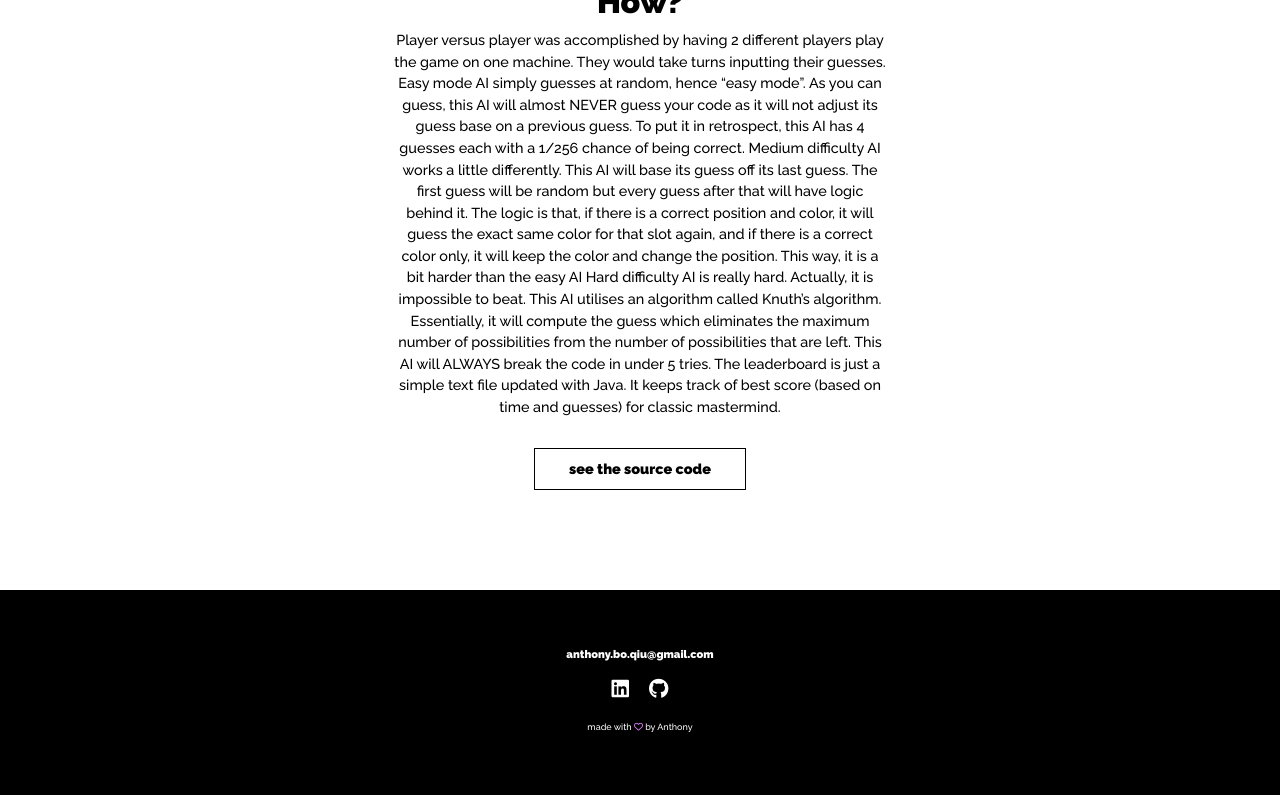
Repository: 7UM1N/anthonyq.github.io
Page: codebreaker.html
These files come from the project's save history. The page is drawn as it stood at one moment and after the next save; the edit follows.
The browser window is 1280 px wide. The pictures show the part of the page from y = 1053 to 2005 px (the page is 1848 px tall before and 2005 px after).

Above is the page before, as saved 2023-01-10 19:17:56.

After the next save:
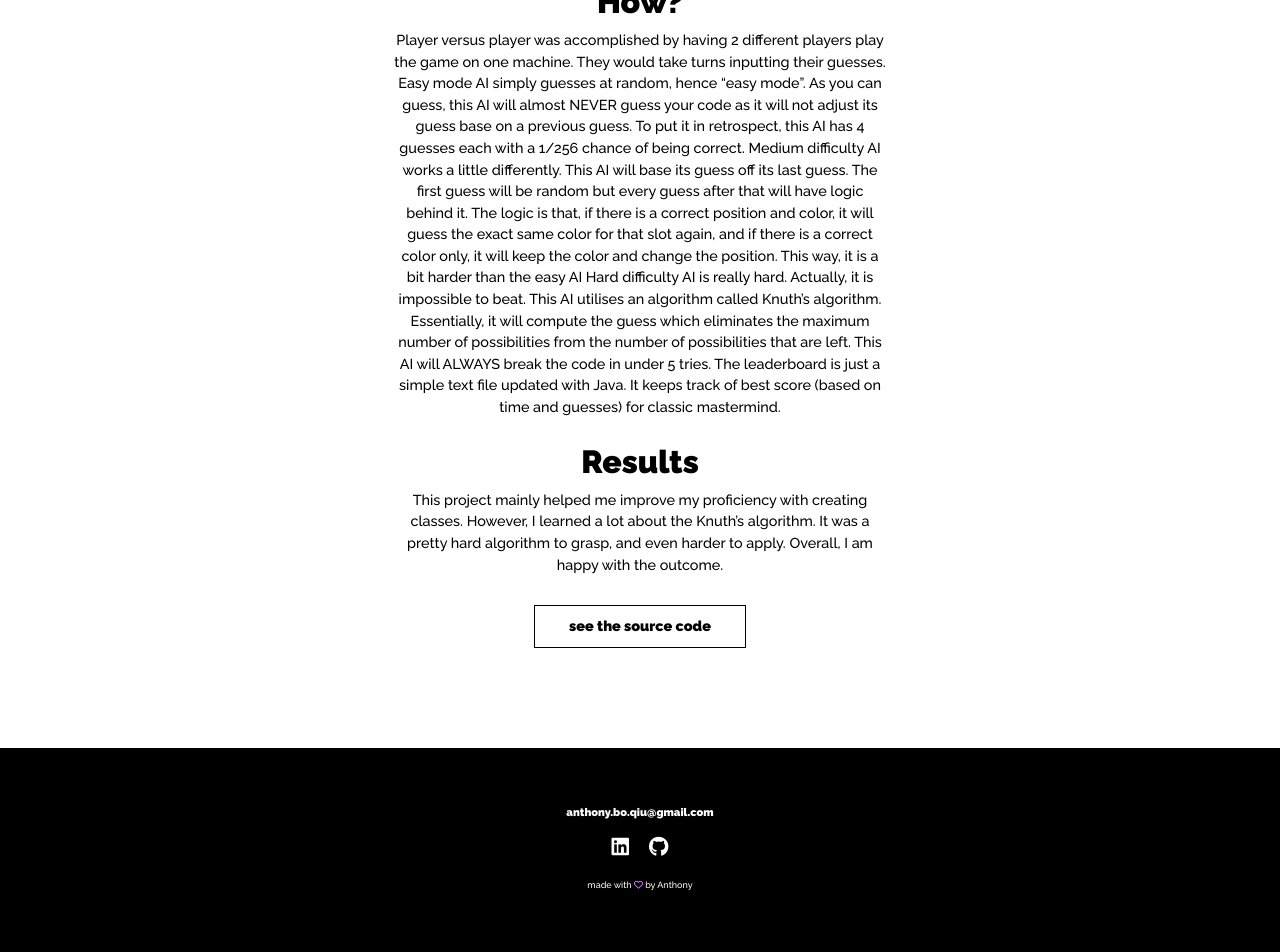
Saved 23 s later.
--- a/codebreaker.html
+++ b/codebreaker.html
@@ -59,6 +59,10 @@
 The leaderboard is just a simple text file updated with Java. It keeps track of best score (based on time and guesses) for classic mastermind.
 
             </p>
+            <h2>Results</h2>
+            <p>
+                This project mainly helped me improve my proficiency with creating classes. However, I learned a lot about the Knuth’s algorithm. It was a pretty hard algorithm to grasp, and even harder to apply. Overall, I am happy with the outcome.
+            </p>
             <a href="https://github.com/anthonyqiu/codebreaker" download class="hero-btn inverse-btn"><strong>see the source code</strong></a>
         </section>
 
